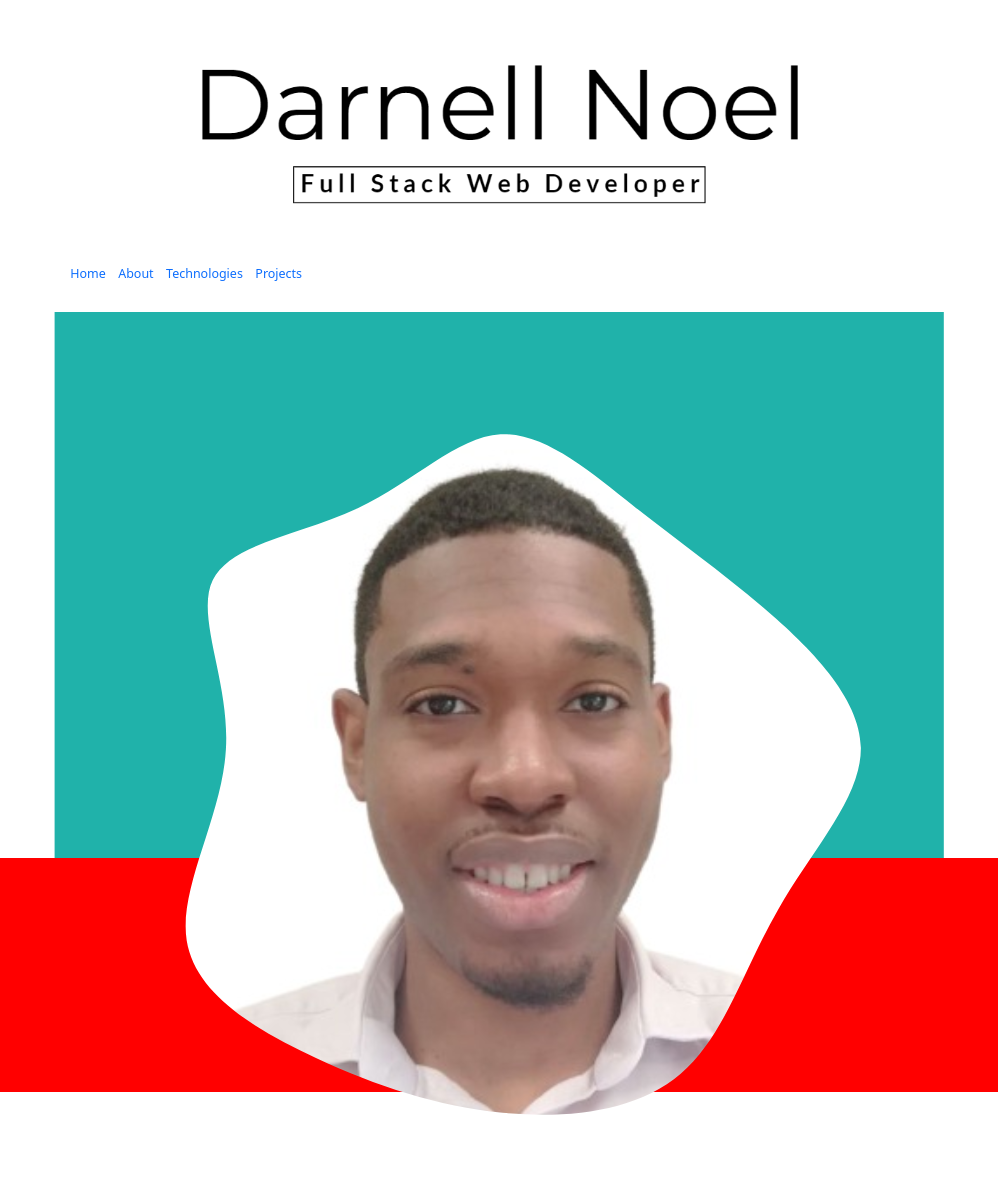
Repository: DNoel26/My_Dev_Portfolio
Page: index.html
The author's editor kept a copy of each file at every save. The page is drawn from the files as they stood at one save, then again after the next save.
The browser window is 1280 px wide. The pictures show the whole page, at 78% of full size.

Above is the page before, as saved 2021-01-28 18:58:35.

### index.html
<!DOCTYPE html>
<html lang="en">
<head>
    <meta charset="UTF-8">
    <meta name="viewport" content="width=device-width, initial-scale=1.0">
    <title>Homepage | Darnell Noel | Professional Portfolio | Full Stack Web Development</title>
    <link href="https://cdn.jsdelivr.net/npm/bootstrap@5.0.0-beta1/dist/css/bootstrap.min.css" rel="stylesheet" integrity="sha384-giJF6kkoqNQ00vy+HMDP7azOuL0xtbfIcaT9wjKHr8RbDVddVHyTfAAsrekwKmP1" crossorigin="anonymous">
    <link rel="stylesheet" href="/css/style.css">
</head>
<body>
    <header>
        <div class="container">
            <nav class="navbar navbar-expand-md">
                <!--Logo-->
                <div class="logo">
                    <a href="/" class="navbar-brand logo-link"><img src="/img/Darnell Noel-logos_black.png" alt="Darnell Noel's Full Stack Web Development Logo for his portfolio" class="img-fluid logo-img"></a>
                </div>
            </nav>
            <nav class="navbar navbar-expand-md">
                <!--Nav Links-->
                <ul class="navbar-nav">
                    <li class="nav-item">
                        <a href="/" class="nav-link">Home</a>
                    </li>
                    <li class="nav-item">
                        <a href="#about" class="nav-link">About</a>
                    </li>
                    <li class="nav-item">
                        <a href="#technologies" class="nav-link">Technologies</a>
                    </li>
                    <li class="nav-item">
                        <a href="#projects" class="nav-link">Projects</a>
                    </li>
                </ul>
            </nav>
        </div>
    </header>
    <main>
        <div>
            <section class="hero container">
                <div class=" mx-auto">
                    <!--<img src="/img/profile_pic.jpg" alt="Darnell Noel's profile pic" class="prof-pic svg-clip">-->
                    <svg viewBox="0 0 200 200" xmlns="http://www.w3.org/2000/svg">
                        <defs>
                            <pattern id="img-pattern" x="-0.15" y="-0.10" width="1.15" height="1.15">
                                <image href="/img/profile_pic_white_bg.jpg"/>
                            </pattern>
                        </defs>
                        <path fill="url(#img-pattern)" d="M30.8,-55.5C40.8,-47.6,50.2,-41,60.8,-32C71.3,-23,82.9,-11.5,83.1,0.1C83.2,11.7,72,23.4,64.2,37.1C56.3,50.7,51.8,66.4,41.7,75C31.6,83.7,15.8,85.4,0.8,84C-14.1,82.5,-28.2,77.9,-42.1,71.4C-56.1,64.9,-69.9,56.6,-71.8,44.4C-73.7,32.2,-63.7,16.1,-62.8,0.6C-61.8,-15,-69.9,-30,-65.8,-38.4C-61.7,-46.9,-45.5,-48.8,-32.5,-54.9C-19.5,-61,-9.8,-71.3,0.3,-71.9C10.4,-72.4,20.9,-63.3,30.8,-55.5Z" transform="translate(100 100)" />

                        <!--<defs>
                            <clipPath id="svg-clip">
                                <path d="M45.8,-76.7C59.5,-71.3,70.9,-59.4,77.1,-45.6C83.2,-31.7,84.1,-15.8,84.8,0.4C85.4,16.6,85.9,33.2,78.2,44.4C70.5,55.6,54.6,61.4,40.2,65.7C25.9,70.1,12.9,72.9,-0.9,74.5C-14.7,76,-29.4,76.2,-41.2,70.4C-53,64.5,-61.8,52.7,-69.1,39.9C-76.3,27.2,-82,13.6,-82.4,-0.2C-82.7,-14,-77.7,-28,-69.4,-38.9C-61,-49.7,-49.4,-57.5,-37.2,-63.8C-25.1,-70,-12.6,-74.8,1.7,-77.8C16,-80.8,32,-82,45.8,-76.7Z" transform="translate(100 100)" />
                            </clipPath>
                        </defs>-->
                    </svg>
                </div>
            </section>
        </div>
    </main>
    <footer>
        <div class="container-fluid">

        </div>
    </footer>
    <script src="https://cdn.jsdelivr.net/npm/bootstrap@5.0.0-beta1/dist/js/bootstrap.bundle.min.js" integrity="sha384-ygbV9kiqUc6oa4msXn9868pTtWMgiQaeYH7/t7LECLbyPA2x65Kgf80OJFdroafW" crossorigin="anonymous"></script>
</body>
</html>

### css/style.css
header {
    /*height: 150px;
    background-color: blue;*/
}

header nav:first-child {
    height: 300px;
}

header nav:last-child {
    height: 100px;
}

footer {
    background-color: red;
    height: 300px;
}

.logo {
    padding-top: 50px;
}

.hero {
    height: 700px;
    background-color: lightseagreen;
}

.hero div {
    height: 100%;
}

/*.prof-pic.svg-clip {
    height: 100%;
    -webkit-clip-path: url(#svg-clip);
    clip-path: url(#svg-clip);
}*/

svg image {
    height: 100%;
    width: auto;
}

After the next save:
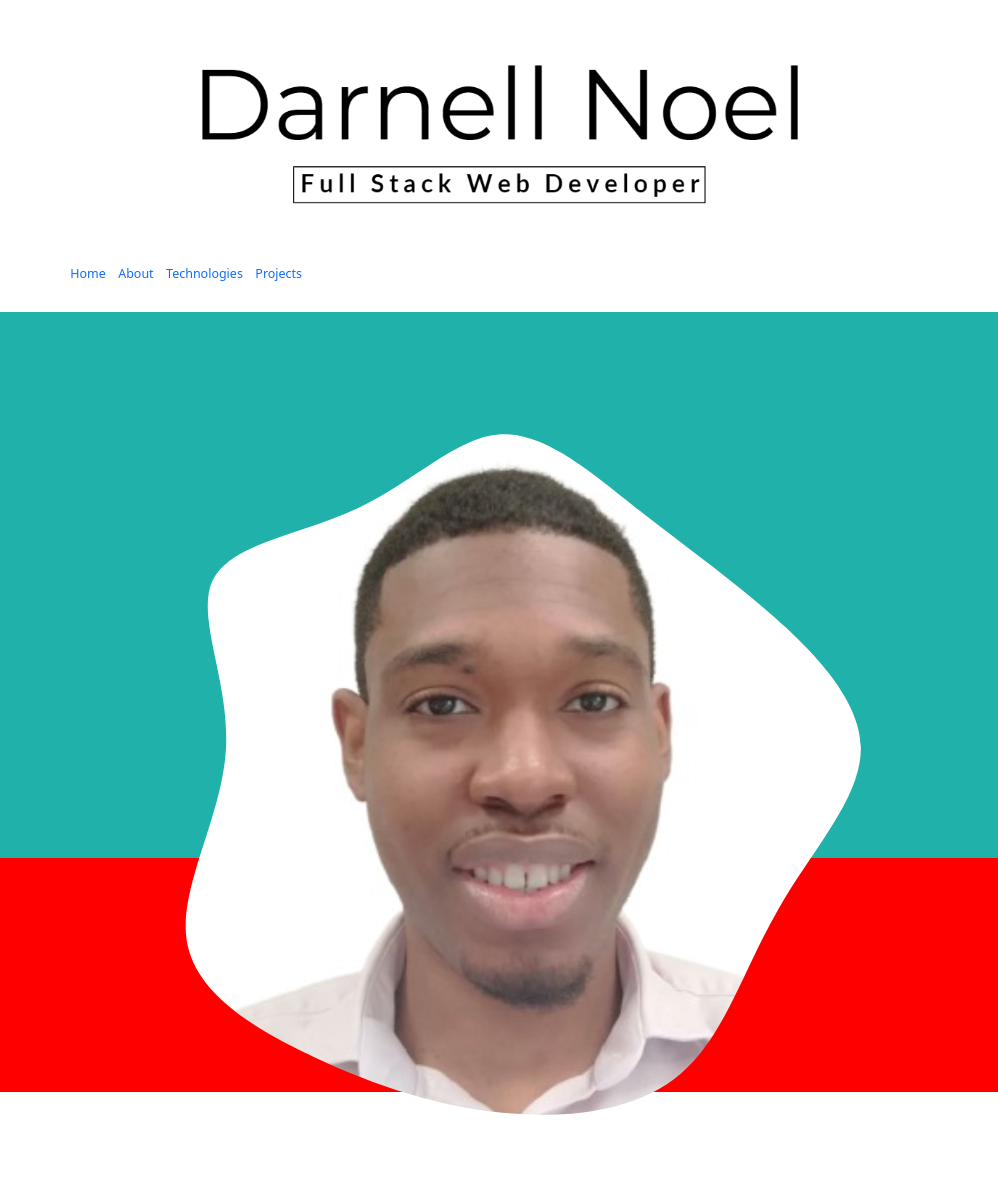
Saved 4 s later.
--- a/index.html
+++ b/index.html
@@ -37,8 +37,8 @@
     </header>
     <main>
         <div>
-            <section class="hero container">
-                <div class=" mx-auto">
+            <section class="hero">
+                <div class="container mx-auto">
                     <!--<img src="/img/profile_pic.jpg" alt="Darnell Noel's profile pic" class="prof-pic svg-clip">-->
                     <svg viewBox="0 0 200 200" xmlns="http://www.w3.org/2000/svg">
                         <defs>
